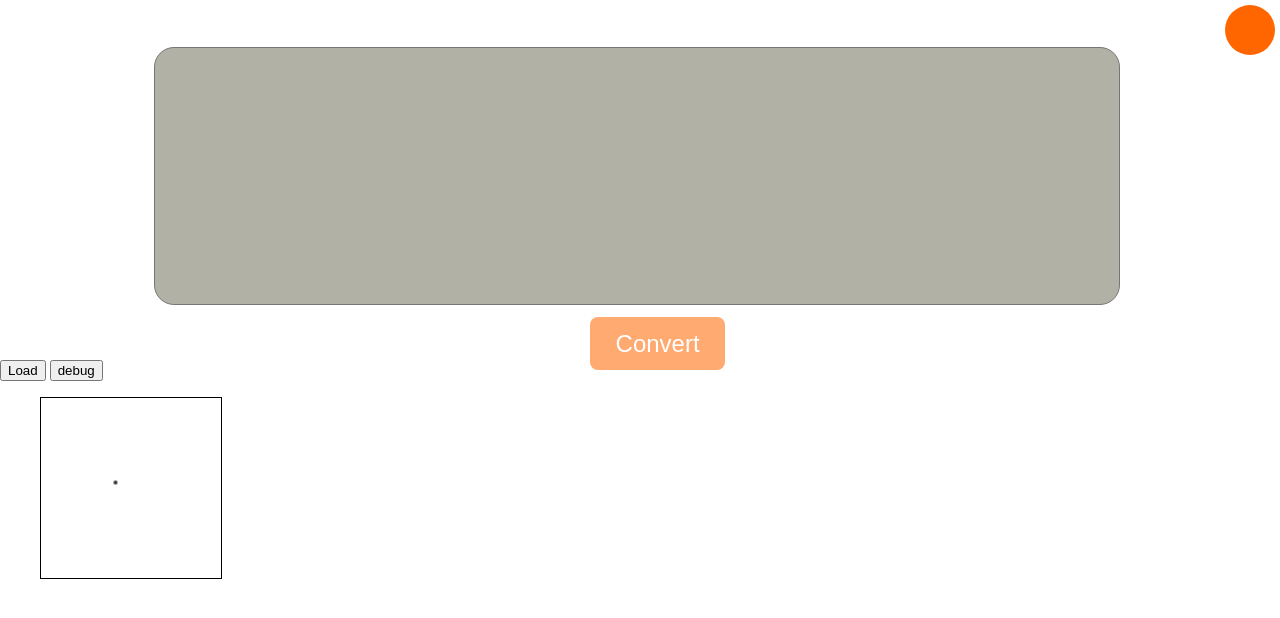
Repository: readwithpic/readwithpic.github.io
Page: platform14.html
The author's editor kept a record of every edit. The page is drawn from the files as they stood at one moment, then again after the next edit.
The browser window is 1280 px wide. The pictures show the whole page.
Some web libraries are served in a nearby version.

Above is the page before.
Console error: TypeError: Cannot read properties of undefined (reading 'length')

After the next edit:
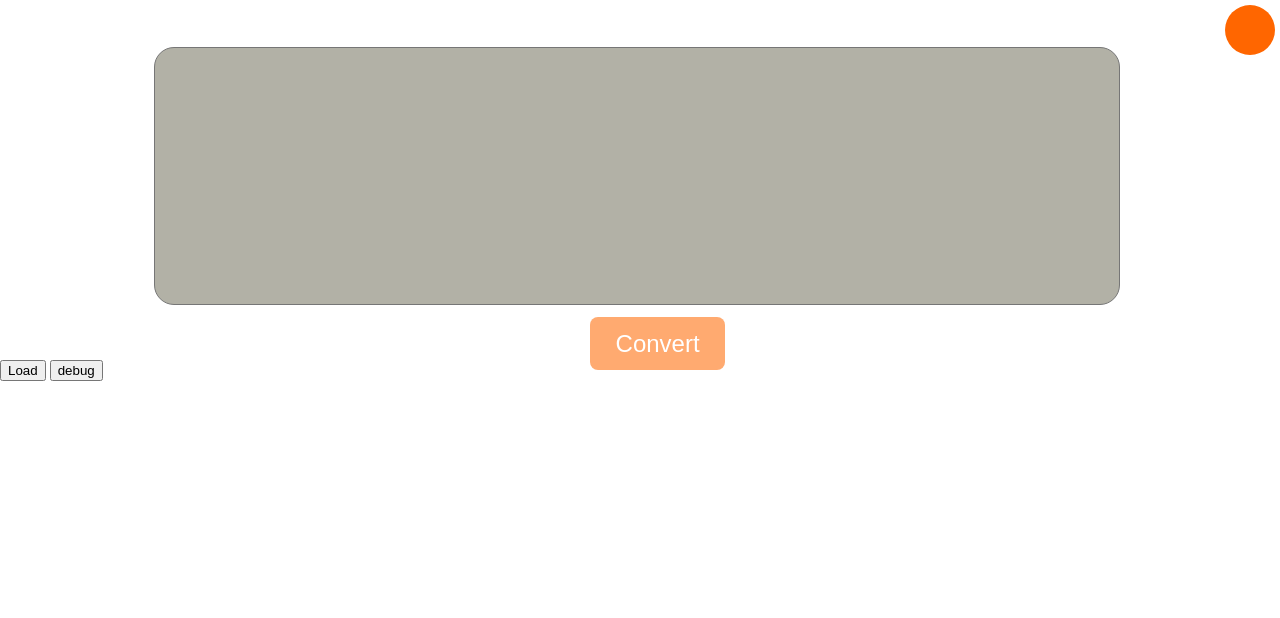
The edit:
--- a/style.css
+++ b/style.css
@@ -183,9 +183,9 @@
 /* Loading */
 #listLoad{
   position:relative;
-  border:1px solid black;
   width:180px;
   height:180px;
+  display:none;
 
 }
 
